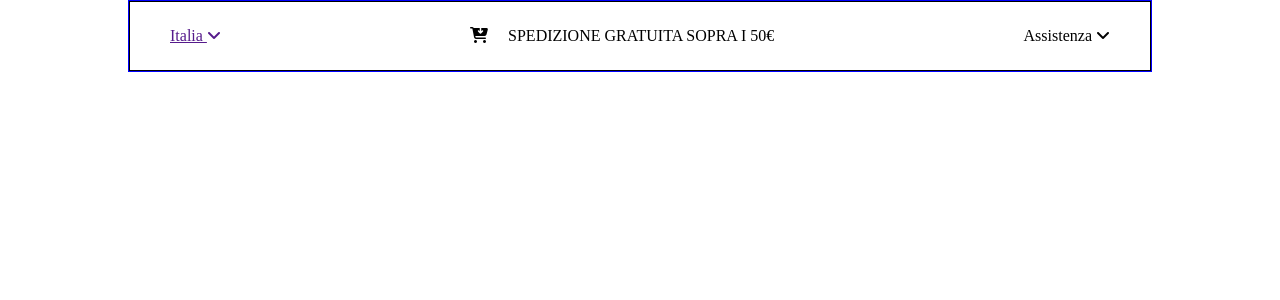
Repository: jacoporm1989/studioFlexbox
Page: FLEXBOX/header+navbar+hero1/index.html
An editor plug-in stored every save of this project. The page is shown before and after the next save, followed by the edit.
The browser window is 1280 px wide. The pictures show the whole page.

Above is the page before, as saved 2026-06-15 15:37:55.

### FLEXBOX/header+navbar+hero1/index.html
<!DOCTYPE html>
<html lang="en">

<head>
    <meta charset="UTF-8">
    <meta name="viewport" content="width=device-width, initial-scale=1.0">
    <link rel="stylesheet" href="style.css">
    <link rel="stylesheet" href="https://cdnjs.cloudflare.com/ajax/libs/font-awesome/6.7.2/css/all.min.css">
    <title>Header+Hero</title>
</head>

<body>


    <div class="container">


        <header>

            <div class="menu-sopra">

                <ul>
                    <li><a href="">Italia
                        <i class="fa-solid fa-angle-down"></i>
                        <i class="fa-solid fa-angle-up"></i>

                    </li></a>

                </ul>
                <ul>
                    <li><i class="fa-solid fa-cart-arrow-down"></i></li>
                    <li>
                        <p>SPEDIZIONE GRATUITA SOPRA I 50€</p>
                    </li>
                </ul>

                <ul>
                    <li>Assistenza

                        <i class="fa-solid fa-angle-down"></i>
                        <i class="fa-solid fa-angle-up"></i>
                    </li>

                </ul>


            </div>




            <div class="navbar">




            </div>


        </header>









    </div>


</body>

</html>

### FLEXBOX/header+navbar+hero1/style.css
*{
    box-sizing: border-box;
    margin:0;
}



.container{
    border:1px solid blue;
    width:80%;
    margin:auto;
}




.menu-sopra{
    border: 1px solid black;
    display:flex;
    flex-direction:row;
    justify-content: space-between;
    padding: 25px 40px;
}

.menu-sopra > ul{
    display:flex;
    flex-direction: row;
    gap: 20px;
    list-style:none;
    margin:0;
    padding:0;
}

ul li .fa-angle-up{
    display:none;
}

After the next save:
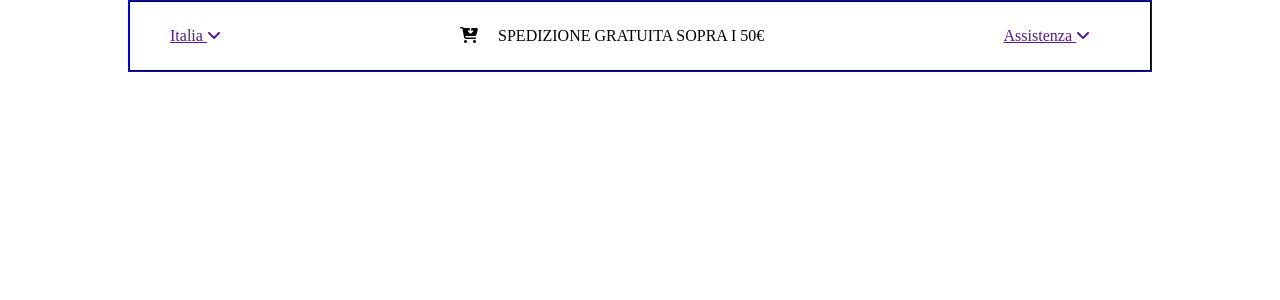
Saved 30 s later.
--- a/FLEXBOX/header+navbar+hero1/index.html
+++ b/FLEXBOX/header+navbar+hero1/index.html
@@ -35,11 +35,12 @@
                 </ul>
 
                 <ul>
-                    <li>Assistenza
+                    <li><a href="">Assistenza
 
                         <i class="fa-solid fa-angle-down"></i>
                         <i class="fa-solid fa-angle-up"></i>
                     </li>
+                    </a>
 
                 </ul>
 
